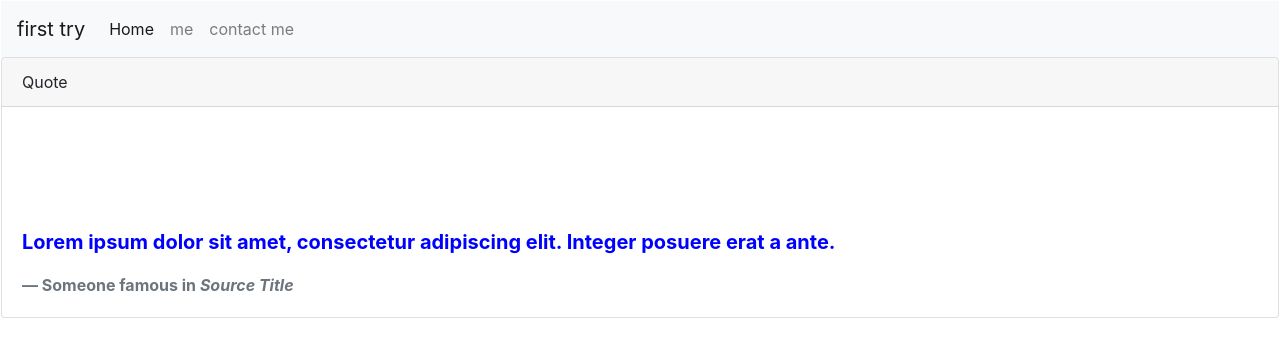
Repository: goodwiins/cs50_2019
Page: pset5/homepage/me.html
The author's editor kept a record of every edit. The page is drawn from the files as they stood at one moment, then again after the next edit.
The browser window is 1280 px wide. The pictures show the whole page.

Above is the page before.

After the next edit:
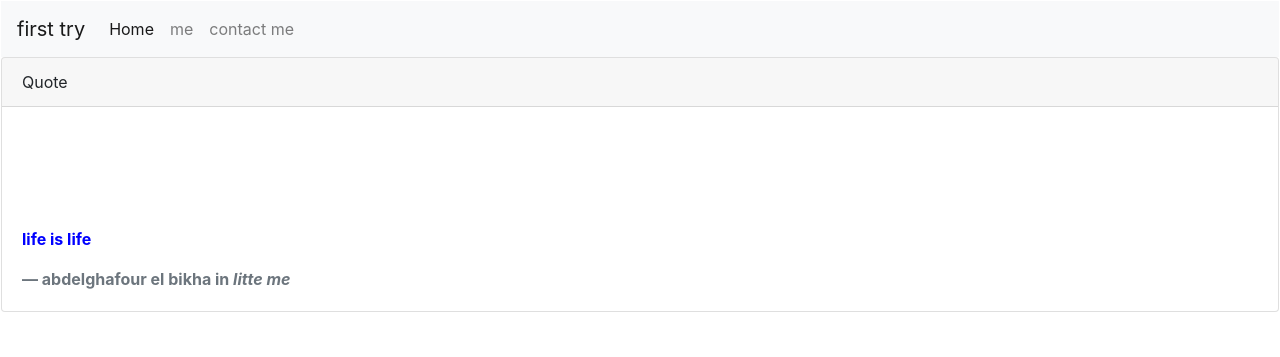
The edit:
--- a/pset5/homepage/me.html
+++ b/pset5/homepage/me.html
@@ -33,8 +33,8 @@
   </div>
   <div class="card-body">
     <blockquote class="blockquote mb-0">
-      <p>Lorem ipsum dolor sit amet, consectetur adipiscing elit. Integer posuere erat a ante.</p>
-      <footer class="blockquote-footer">Someone famous in <cite title="Source Title">Source Title</cite></footer>
+      <p id="lol">life is life </p>
+      <footer class="blockquote-footer">abdelghafour el bikha in <cite title="Source Title">litte me </cite></footer>
     </blockquote>
   </div>
 </div>
